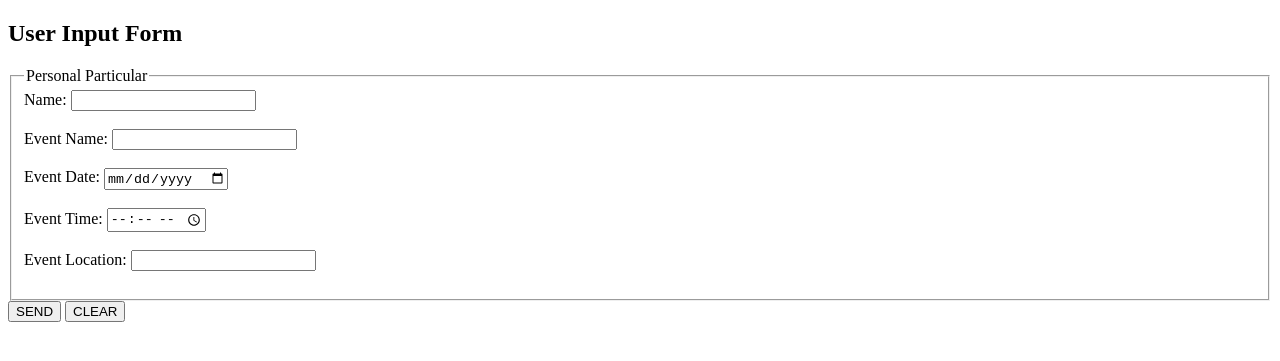
Repository: mitchellhuston/swe-techexercises
Page: mhuston-swe00/WebContent/CreateEvent.html
These files come from the project's save history. The page is drawn as it stood at one moment and after the next save; the edit follows.
The browser window is 1280 px wide. The pictures show the whole page.

Above is the page before, as saved 2017-09-13 12:27:58.

### mhuston-swe00/WebContent/CreateEvent.html
<!DOCTYPE html>
<html>
<head>
  <meta http-equiv='Content-Type' content='text/html; charset=UTF-8'>
  <title>User Input Form</title>
</head>

<body>
<h2>User Input Form</h2>
<form method="get" action="echo">
  <fieldset>
    <legend>Personal Particular</legend>
    Name: <input type="text" name="username" /><br /><br />
    Event Name: <input type="text" name="eventName" /><br /><br />
    Event Date: <input type="date" name="date" /><br /><br />
    Event Time: <input type="time" name="time" /><br /><br />
    Event Location: <input type="text" name="eventLocation" /><br /><br />
  </fieldset>

  <input type="submit" value="SEND" />
  <input type="reset" value="CLEAR" />
</form>
</body>
</html>

After the next save:
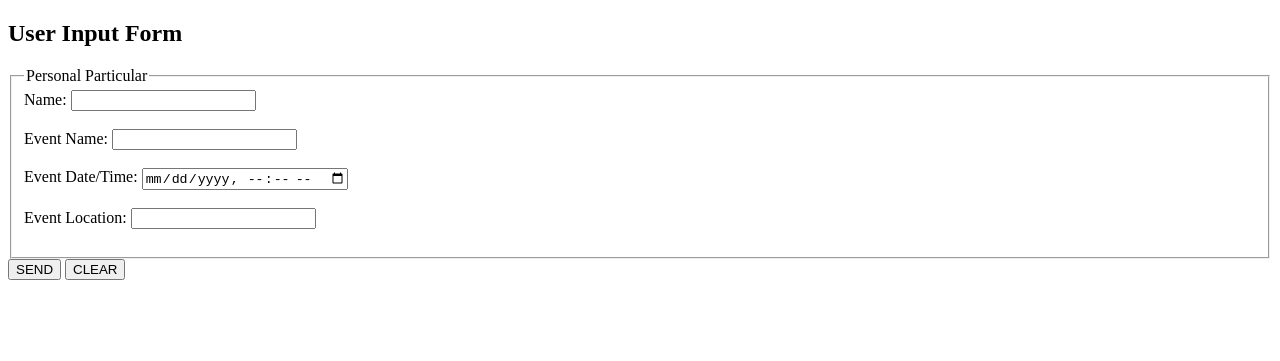
Saved 100 s later.
--- a/mhuston-swe00/WebContent/CreateEvent.html
+++ b/mhuston-swe00/WebContent/CreateEvent.html
@@ -12,8 +12,7 @@
     <legend>Personal Particular</legend>
     Name: <input type="text" name="username" /><br /><br />
     Event Name: <input type="text" name="eventName" /><br /><br />
-    Event Date: <input type="date" name="date" /><br /><br />
-    Event Time: <input type="time" name="time" /><br /><br />
+    Event Date/Time: <input type="datetime-local" name="date" /><br /><br />
     Event Location: <input type="text" name="eventLocation" /><br /><br />
   </fieldset>
 
